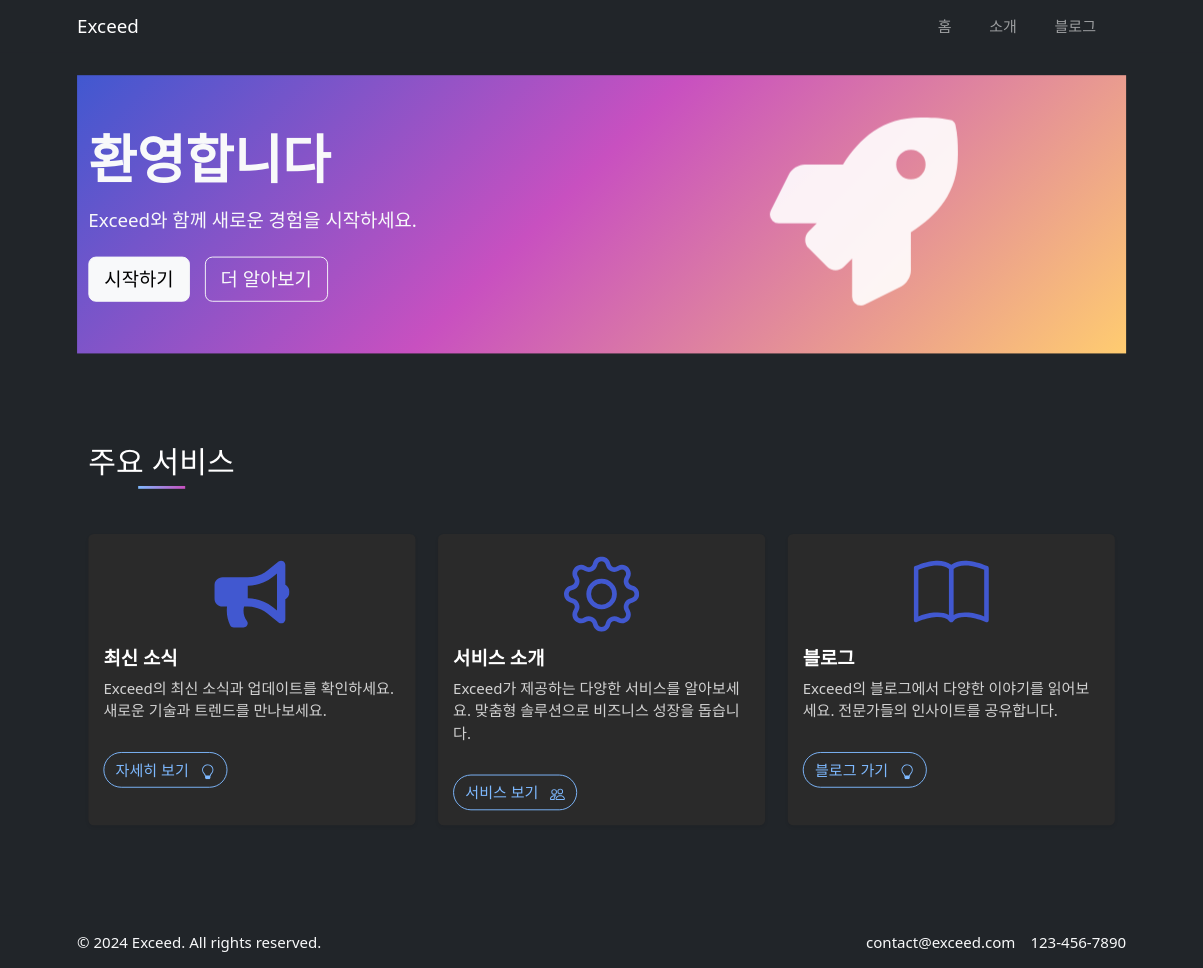
Repository: somej-123/exceed
Page: /
An editor plug-in stored every save of this project. The page is shown before and after the next save, followed by the edit.
The browser window is 1280 px wide. The pictures show the whole page, at 94% of full size.
The project was rebuilt for these pictures with package versions that can differ from the ones it lists, and the page was loaded fresh each time. Also part of the build but not shown: vite.config.ts, src/pages/Info.tsx, src/pages/Blog.tsx.

Above is the page before, as saved 2025-03-23 20:01:18.

### src/App.tsx
import { BrowserRouter as Router, Routes, Route } from 'react-router-dom';
import Layout from './components/Layout';
import Home from './pages/Home';
import Info from './pages/Info';
import Blog from './pages/Blog';
import 'bootstrap/dist/css/bootstrap.min.css';

function App() {
  return (
    <Router>
      <Routes>
        <Route path="/" element={<Layout />}>
          <Route index element={<Home />} />
          <Route path="info" element={<Info />} />
          <Route path="blog" element={<Blog />} />
        </Route>
      </Routes>
    </Router>
  );
}

export default App;

### src/components/Layout.tsx
import { Container } from 'react-bootstrap';
import Header from './Header';
import Footer from './Footer';
import { Outlet } from 'react-router-dom';
import styles from '../styles/Layout.module.css';

const Layout = () => {
  return (
    <div className={`d-flex flex-column min-vh-100 bg-dark text-light ${styles.layoutContainer}`}>
      <Header />
      <Container className="flex-grow-1 py-4">
        <Outlet />
      </Container>
      <Footer />
    </div>
  );
};

export default Layout;

### src/pages/Home.tsx
import { Container, Row, Col, Card, Button } from 'react-bootstrap';
import { FaRocket, FaBullhorn } from 'react-icons/fa';
import { BsLightbulb, BsBook, BsGear, BsPeople } from 'react-icons/bs';
import '../styles/home.css';

const Home = () => {
  return (
    <>
      {/* 히어로 섹션 */}
      <div className="hero-section text-light py-5 mb-5">
        <Container>
          <Row className="align-items-center">
            <Col md={6} className="mb-md-0">
              <h1 className="display-4 fw-bold mb-3">환영합니다</h1>
              <p className="lead mb-4">Exceed와 함께 새로운 경험을 시작하세요.</p>
              <Button variant="light" size="lg" className="me-3">시작하기</Button>
              <Button variant="outline-light" size="lg">더 알아보기</Button>
            </Col>
            <Col md={6} className="text-center">
              <FaRocket size={200} className="hero-icon" />
            </Col>
          </Row>
        </Container>
      </div>

      {/* 주요 서비스 섹션 */}
      <Container className="py-5">
        <h2 className="text-center mb-5 section-title">주요 서비스</h2>
        <Row>
          <Col md={4} className="mb-4">
            <Card className="h-100 shadow-sm hover-card border-0">
              <div className="text-center pt-4">
                <FaBullhorn size={80} className="service-icon" />
              </div>
              <Card.Body>
                <Card.Title className="fw-bold">최신 소식</Card.Title>
                <Card.Text>
                  Exceed의 최신 소식과 업데이트를 확인하세요.
                  새로운 기술과 트렌드를 만나보세요.
                </Card.Text>
                <Button variant="outline-primary" className="mt-3 rounded-pill">
                  자세히 보기 <BsLightbulb className="ms-2" />
                </Button>
              </Card.Body>
            </Card>
          </Col>
          <Col md={4} className="mb-4">
            <Card className="h-100 shadow-sm hover-card border-0">
              <div className="text-center pt-4">
                <BsGear size={80} className="service-icon" />
              </div>
              <Card.Body>
                <Card.Title className="fw-bold">서비스 소개</Card.Title>
                <Card.Text>
                  Exceed가 제공하는 다양한 서비스를 알아보세요.
                  맞춤형 솔루션으로 비즈니스 성장을 돕습니다.
                </Card.Text>
                <Button variant="outline-primary" className="mt-3 rounded-pill">
                  서비스 보기 <BsPeople className="ms-2" />
                </Button>
              </Card.Body>
            </Card>
          </Col>
          <Col md={4} className="mb-4">
            <Card className="h-100 shadow-sm hover-card border-0">
              <div className="text-center pt-4">
                <BsBook size={80} className="service-icon" />
              </div>
              <Card.Body>
                <Card.Title className="fw-bold">블로그</Card.Title>
                <Card.Text>
                  Exceed의 블로그에서 다양한 이야기를 읽어보세요.
                  전문가들의 인사이트를 공유합니다.
                </Card.Text>
                <Button variant="outline-primary" className="mt-3 rounded-pill">
                  블로그 가기 <BsLightbulb className="ms-2" />
                </Button>
              </Card.Body>
            </Card>
          </Col>
        </Row>
      </Container>
    </>
  );
};

export default Home;

### src/components/Header.tsx
import { Navbar, Nav, Container } from 'react-bootstrap';
import { Link } from 'react-router-dom';

const Header = () => {
  return (
    <Navbar bg="dark" variant="dark" expand="lg">
      <Container>
        <Navbar.Brand as={Link} to="/">Exceed</Navbar.Brand>
        <Navbar.Toggle aria-controls="basic-navbar-nav" />
        <Navbar.Collapse id="basic-navbar-nav">
          <Nav className="ms-auto">
            <Nav.Link as={Link} className="me-4" to="/">홈</Nav.Link>
            <Nav.Link as={Link} className="me-4" to="/info">소개</Nav.Link>
            <Nav.Link as={Link} className="me-4" to="/blog">블로그</Nav.Link>
          </Nav>
        </Navbar.Collapse>
      </Container>
    </Navbar>
  );
};

export default Header;

### src/components/Footer.tsx
import { Container, Row, Col } from 'react-bootstrap';

const Footer = () => {
  return (
    <footer className="bg-dark text-light py-3 mt-auto">
      <Container>
        <Row className="align-items-center">
          <Col md={6} className="text-center text-md-start">
            <p className="mb-0">&copy; 2024 Exceed. All rights reserved.</p>
          </Col>
          <Col md={6} className="text-center text-md-end">
            <a href="mailto:contact@exceed.com" className="text-light text-decoration-none me-3">
              contact@exceed.com
            </a>
            <a href="tel:123-456-7890" className="text-light text-decoration-none">
              123-456-7890
            </a>
          </Col>
        </Row>
      </Container>
    </footer>
  );
};

export default Footer;

### src/styles/Layout.module.css
.layoutContainer {
  background-color: #1a1a1a;
  color: #ffffff;
}

.layoutContainer :global(.card) {
  background-color: #2a2a2a;
  border: none;
  color: #ffffff;
}

.layoutContainer :global(.card .card-title) {
  color: #ffffff;
}

.layoutContainer :global(.card .card-text) {
  color: #d1d1d1;
}

.layoutContainer :global(.btn-outline-primary) {
  color: #7eb9ff;
  border-color: #7eb9ff;
}

.layoutContainer :global(.btn-outline-primary:hover) {
  background-color: #7eb9ff;
  color: #1a1a1a;
}

.layoutContainer :global(.text-muted) {
  color: #b0b0b0 !important;
}

.layoutContainer :global(.section-title) {
  color: #ffffff !important;
}

.layoutContainer :global(.section-title::after) {
  background: linear-gradient(to right, #7eb9ff, #c850c0);
}

### src/styles/home.css
.hero-section {
  background: linear-gradient(135deg, #4158D0 0%, #C850C0 46%, #FFCC70 100%);
  position: relative;
  overflow: hidden;
}

.hero-icon {
  animation: float 3s ease-in-out infinite;
  color: rgba(255, 255, 255, 0.9);
}

.section-title {
  color: #333;
  position: relative;
  display: inline-block;
  padding-bottom: 10px;
}

.section-title::after {
  content: '';
  position: absolute;
  width: 50px;
  height: 3px;
  bottom: 0;
  left: 50%;
  transform: translateX(-50%);
  background: linear-gradient(to right, #4158D0, #C850C0);
}

.service-icon {
  color: #4158D0;
  transition: color 0.3s ease;
}

.hover-card {
  transition: all 0.3s ease-in-out;
  background: #fff;
}

.hover-card:hover {
  transform: translateY(-5px);
  box-shadow: 0 10px 20px rgba(0,0,0,0.1) !important;
}

.hover-card:hover .service-icon {
  color: #C850C0;
}

@keyframes float {
  0% { transform: translateY(0px); }
  50% { transform: translateY(-20px); }
  100% { transform: translateY(0px); }
}

.rounded-pill {
  padding-left: 1.5rem;
  padding-right: 1.5rem;
}

Loaded but not shown: index.html (common file); src/main.tsx (common file)

After the next save:
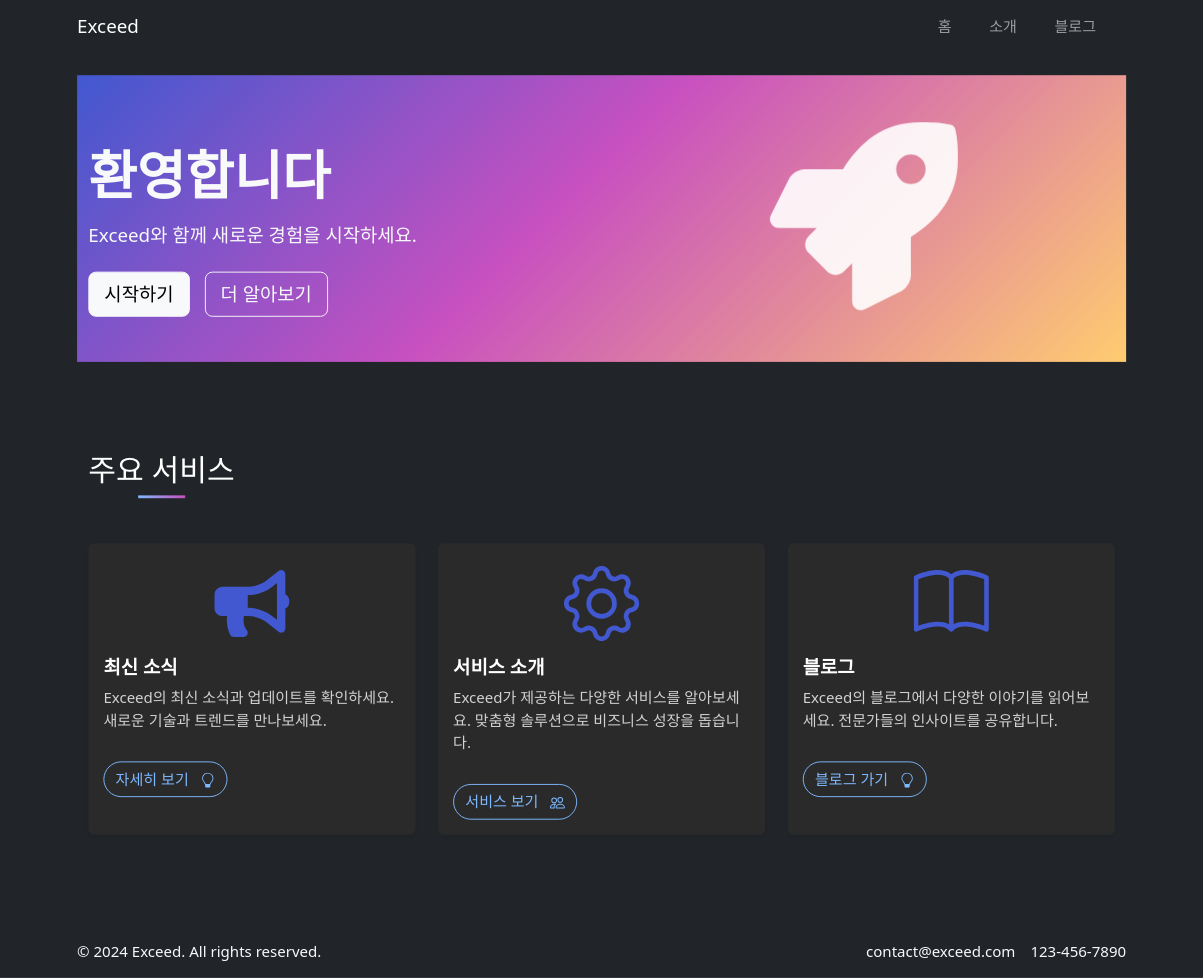
Saved 41 s later.
--- a/src/pages/Home.tsx
+++ b/src/pages/Home.tsx
@@ -11,7 +11,7 @@ const Home = () => {
         <Container>
           <Row className="align-items-center">
             <Col md={6} className="mb-md-0">
-              <h1 className="display-4 fw-bold mb-3">환영합니다</h1>
+              <h1 className="display-4 fw-bold mb-3 pt-4">환영합니다</h1>
               <p className="lead mb-4">Exceed와 함께 새로운 경험을 시작하세요.</p>
               <Button variant="light" size="lg" className="me-3">시작하기</Button>
               <Button variant="outline-light" size="lg">더 알아보기</Button>
